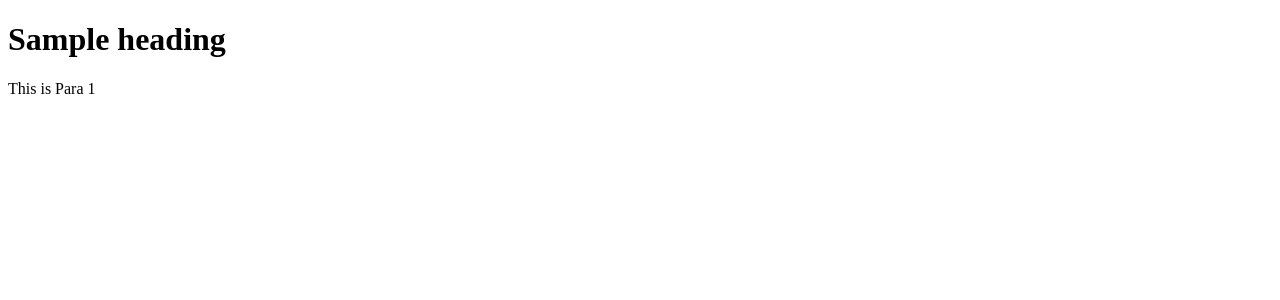
Repository: jbn-aman/wiprobatch1
Page: project/work/html/mywebapp/public/pages/cssdemo/backgrounddemo.html
The author's editor kept a copy of each file at every save. The page is drawn from the files as they stood at one save, then again after the next save.
The browser window is 1280 px wide. The pictures show the whole page.

Above is the page before, as saved 2024-04-01 12:59:47.

### project/work/html/mywebapp/public/pages/cssdemo/backgrounddemo.html
<!DOCTYPE html>
<html>
<head>
<meta charset="ISO-8859-1">
<title>Background demo</title>

<style>
body {
      background-color:"lime";
	}
</style>

</head>
<body>

	<h1>Sample heading</h1>

	<p>This is Para 1</p>

</body>
</html>

After the next save:
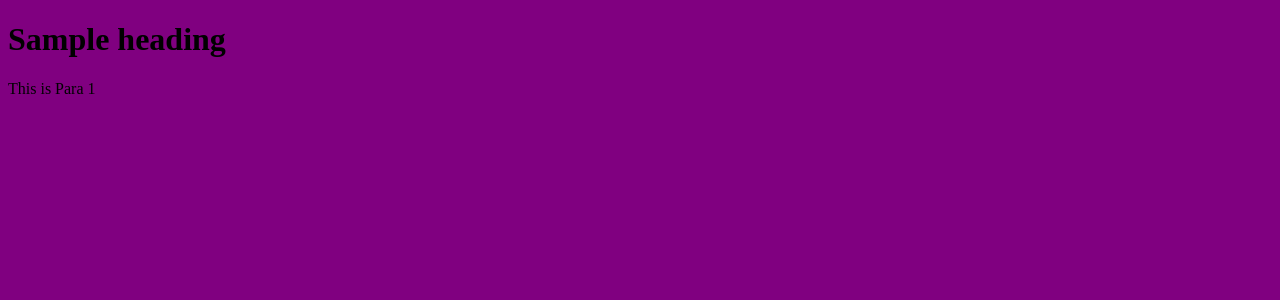
Saved 24 s later.
--- a/project/work/html/mywebapp/public/pages/cssdemo/backgrounddemo.html
+++ b/project/work/html/mywebapp/public/pages/cssdemo/backgrounddemo.html
@@ -6,7 +6,7 @@
 
 <style>
 body {
-      background-color:"lime";
+      background-color:purple;
 	}
 </style>
 
